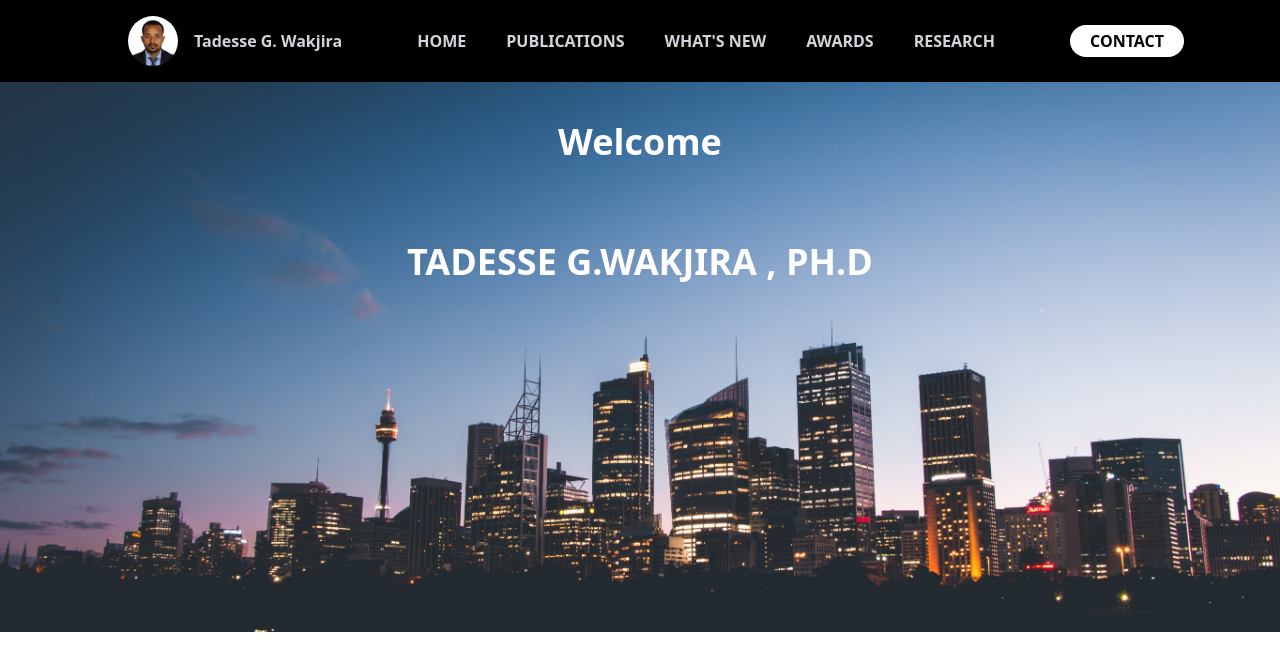
Repository: Elias-Kibret/Tade-portfoilo
Page: /
These files come from the project's save history. The page is drawn as it stood at one moment and after the next save; the edit follows.
The browser window is 1280 px wide. The pictures show the whole page.
The project was rebuilt for these pictures with package versions that can differ from the ones it lists, and the page was loaded fresh each time. The framework's server and built-in components were replaced by stand-ins that run in the browser. Also part of the build but not shown: next.config.js.

Above is the page before, as saved 2022-06-28 00:52:04.

After the next save:
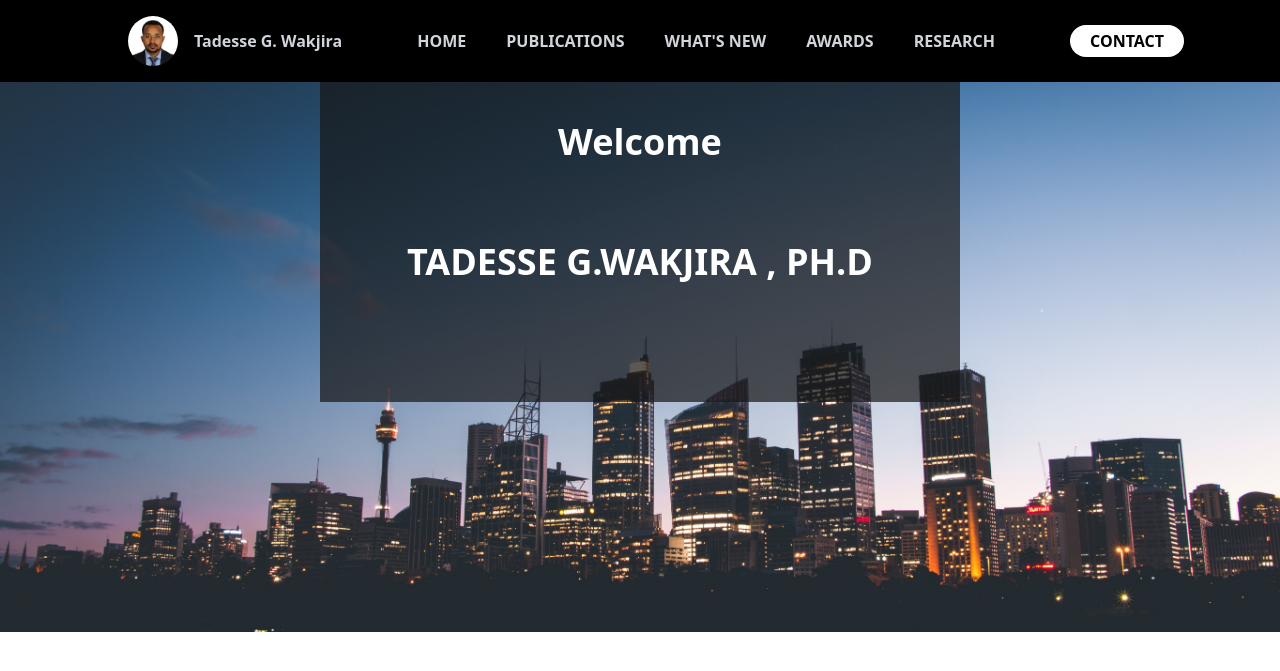
Saved 50 s later.
--- a/styles/globals.css
+++ b/styles/globals.css
@@ -12,3 +12,6 @@
     background-repeat: no-repeat;
 
 }
+.hero-cover{
+    background-color: rgba(22, 22, 22, 0.7);
+}
